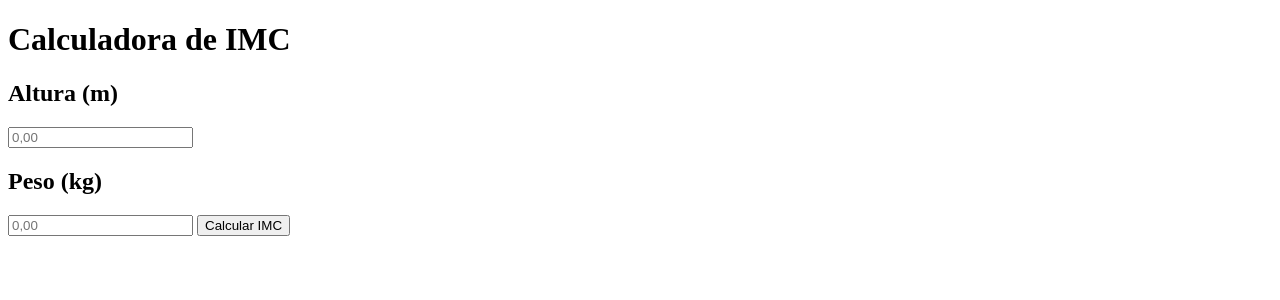
Repository: DeboraGuerra/programacaoWeb
Page: projetos-java/Desafio03/WebContent/index.htm
The author's editor kept a copy of each file at every save. The page is drawn from the files as they stood at one save, then again after the next save.
The browser window is 1280 px wide. The pictures show the whole page.

Above is the page before, as saved 2020-03-23 23:48:07.

After the next save:
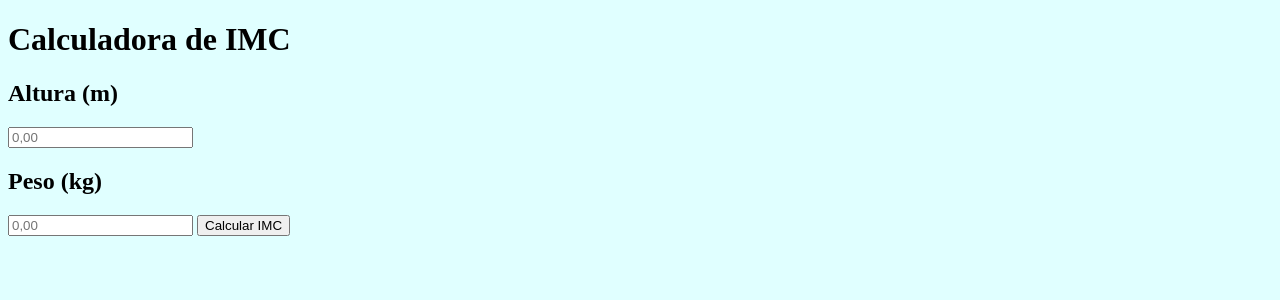
Saved 105 s later.
--- a/projetos-java/Desafio03/WebContent/index.htm
+++ b/projetos-java/Desafio03/WebContent/index.htm
@@ -8,7 +8,7 @@
 		<link rel="stylesheet" href="style.css">
 	</head>
 
-	<body>
+	<body style="background-color:#e0ffff">
 		<form method="get" action="imc" name="formIMC">
 
 			<h1>Calculadora de IMC</h1>
